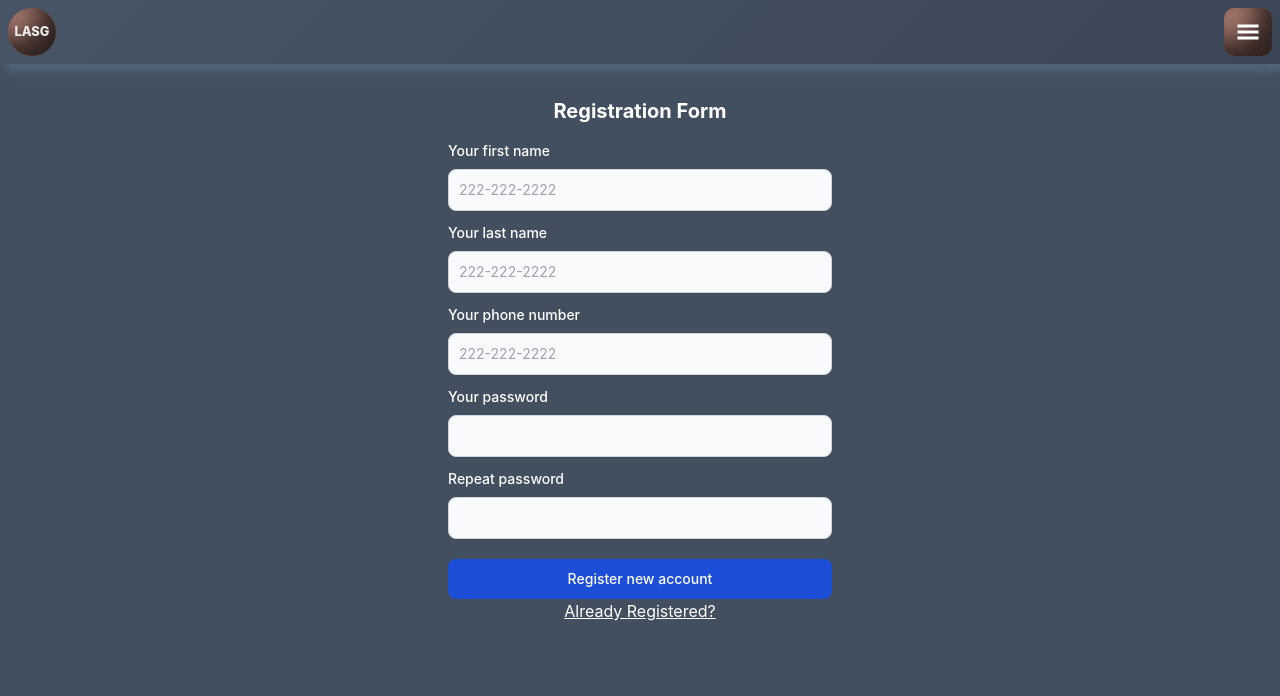
Repository: ShindanoSingi/LA-Swahili-Group
Page: /register (app in client/)
An editor plug-in stored every save of this project. The page is shown before and after a run of saves, followed by the edit.
The browser window is 1280 px wide. The pictures show the whole page.
The project was rebuilt for these pictures with package versions that can differ from the ones it lists, and the page was loaded fresh each time. Also part of the build but not shown: client/src/pages/error/Error.css, client/src/pages/error/Error.js, client/src/pages/home/Home.js, client/src/pages/about/About.js, client/src/pages/contact/Contact.js, client/src/pages/login/Login.js, client/src/pages/userDashBoard/UserDashBoard.js, client/src/pages/superUsersDashBoard/SuperUsersDashBoard.js.

Above is the page before, as saved 2024-02-11 15:18:57.

### client/src/index.js
import React from 'react';
import ReactDOM from 'react-dom/client';
import './index.css';
import App from './App';
import reportWebVitals from './reportWebVitals';
import { Provider } from "react-redux";
import store from './redux/store';
import { BrowserRouter } from 'react-router-dom';


const root = ReactDOM.createRoot(document.getElementById('root'));
root.render(
  <Provider store={store}>
    <BrowserRouter>
    <App />
    </BrowserRouter>
  </Provider>
);

// If you want to start measuring performance in your app, pass a function
// to log results (for example: reportWebVitals(console.log))
// or send to an analytics endpoint. Learn more: https://bit.ly/CRA-vitals
reportWebVitals();

### client/src/index.css
@tailwind base;
@tailwind components;
@tailwind utilities;

:root{
  --primary: #424F5F;
  --secondary: #F3F3F3;
  --tertiary: #F4A261;
  --quaternary: #2A9D8F;
  --quinary: #E9C46A;

}

body {
  margin: 0;
  font-family: -apple-system, BlinkMacSystemFont, 'Segoe UI', 'Roboto', 'Oxygen',
    'Ubuntu', 'Cantarell', 'Fira Sans', 'Droid Sans', 'Helvetica Neue',
    sans-serif;
  -webkit-font-smoothing: antialiased;
  -moz-osx-font-smoothing: grayscale;
}

.container{
  max-height: 100vh;
  background-color: var(--primary);
}

.container {
  display: flex;
  justify-content: center;
  align-items: center;
  height: 100vh;
}

.logo{
  height: 100dvh;
}

### client/src/App.js
import Header from "./components/header/Header";
import Error from "./pages/error/Error";
import Home from "./pages/home/Home";
import { Routes, Route, useNavigate } from "react-router-dom";
import About from "./pages/about/About";
import Contact from "./pages/contact/Contact";
import Login from "./pages/login/Login";
import UserDashBoard from "./pages/userDashBoard/UserDashBoard";
import SuperUsersDashBoard from "./pages/superUsersDashBoard/SuperUsersDashBoard";
import { useEffect } from "react";
import Register from "./pages/register/Register";


function App() {

      const navigate = useNavigate()

      const user = 'superusers';

      useEffect(() => {
            if (user === 'superuser') {
                  navigate('/superuser')
            }
      })

      return (
            <>
                  <Header />
                  <Routes>
                        <Route path="/" element={<Home />} />
                        <Route path="/about" element={<About />} />
                        <Route path="/contact" element={<Contact />} />
                        <Route path="/login" element={<Login />} />
                        <Route path="/register" element={<Register/>} />
                        <Route path="/user" element={<UserDashBoard/>} />
                        <Route path="/superuser" element={<SuperUsersDashBoard/>} />
                        <Route path="/admin" element={<adminDashBoard/>} />
                        <Route
                              path="/:rest*"
                              element={
                                    <h1>
                                          <Error />
                                    </h1>
                              }
                        />
                  </Routes>
            </>
      );
}

export default App;

### client/src/redux/store.js
import { configureStore } from "@reduxjs/toolkit";

import userReducer from "./userSlice";

const store = configureStore({
    reducer: {
        userReducer,
    },
});

export default store;

### client/src/components/header/Header.js
import React, { useState } from "react";
import "./Header.css";
import { GiHamburgerMenu } from "react-icons/gi";
import { Link } from "react-router-dom";

function Header() {
      const [show, setShow] = useState(false);

      return (
            <div className="header fixed top-0 w-full flex items-center justify-between p-2">
                  <div className="w-12 h-12 rounded-full text-[0.8rem] logo-button flex font-extrabold text-[#EBEBEB] justify-center items-center">
                        LASG
                  </div>
                  <div className="hambourger h-12 w-12 flex items-center justify-center">
                        <GiHamburgerMenu
                              className="text-[#FFFFFF] text-2xl"
                              onClick={() => setShow(!show)}
                        />
                  </div>
                  {show && (
                        <ul className="flex flex-col items-center p-2 top-[4.2rem] right-2 menu text-[#FFFFFF] absolute">
                              <Link to="/" onClick={() => setShow(!show)}>
                                    <li className="menu-item">Home</li>
                              </Link>
                              <Link to="/about" onClick={() => setShow(!show)}>
                                    <li className="menu-item">About</li>
                              </Link>
                              <Link
                                    to="/contact"
                                    onClick={() => setShow(!show)}
                              >
                                    <li className="menu-item">Contact</li>
                              </Link>
                              <Link to="/login">
                                    <li className="menu-item">Login</li>
                              </Link>
                        </ul>
                  )}
            </div>
      );
}

export default Header;

### client/src/pages/register/Register.js
import React, { useState } from "react";

function Register() {
    const [showRegisterButton, setShowRegisterButton] = useState(false);

      return (
            <div className="container">
                  <div className="w-[80%]">

                         <h1 className="text-xl font-bold text-center mb-4 text-white dark:text-white">Registration Form</h1>
                  <form className="max-w-sm mx-auto">

                        {
                                !showRegisterButton && (
                                    <div className="mb-3">
                                    <label
                                          for="email"
                                          className="block mb-2 text-sm font-medium text-white dark:text-white"
                                    >
                                          Your first name
                                    </label>
                                    <input
                                          type="name"
                                          id="phone"
                                          className="shadow-sm bg-gray-50 border border-gray-300 text-gray-900 text-sm rounded-lg focus:ring-blue-500 focus:border-blue-500 block w-full p-2.5 dark:bg-gray-700 dark:border-gray-600 dark:placeholder-gray-400 dark:text-white dark:focus:ring-blue-500 dark:focus:border-blue-500 dark:shadow-sm-light"
                                          placeholder="222-222-2222"
                                          required
                                    />
                              </div>
                                )
                              }

{
                                !showRegisterButton && (
                              <div className="mb-3">
                                    <label
                                          for="email"
                                          className="block mb-2 text-sm font-medium text-white dark:text-white"
                                    >
                                          Your last name
                                    </label>
                                    <input
                                          type="name"
                                          id="phone"
                                          className="shadow-sm bg-gray-50 border border-gray-300 text-gray-900 text-sm rounded-lg focus:ring-blue-500 focus:border-blue-500 block w-full p-2.5 dark:bg-gray-700 dark:border-gray-600 dark:placeholder-gray-400 dark:text-white dark:focus:ring-blue-500 dark:focus:border-blue-500 dark:shadow-sm-light"
                                          placeholder="222-222-2222"
                                          required
                                    />
                              </div>
                                )}
                              <div className="mb-3">
                                    <label
                                          for="email"
                                          className="block mb-2 text-sm font-medium text-white dark:text-white"
                                    >
                                          Your phone number
                                    </label>
                                    <input
                                          type="phone"
                                          id="phone"
                                          className="shadow-sm bg-gray-50 border border-gray-300 text-gray-900 text-sm rounded-lg focus:ring-blue-500 focus:border-blue-500 block w-full p-2.5 dark:bg-gray-700 dark:border-gray-600 dark:placeholder-gray-400 dark:text-white dark:focus:ring-blue-500 dark:focus:border-blue-500 dark:shadow-sm-light"
                                          placeholder="222-222-2222"
                                          required
                                    />
                              </div>
                              <div className="mb-3">
                                    <label
                                          for="password"
                                          className="block mb-2 text-sm font-medium text-white dark:text-white"
                                    >
                                          Your password
                                    </label>
                                    <input
                                          type="password"
                                          id="password"
                                          className="shadow-sm bg-gray-50 border border-gray-300 text-gray-900 text-sm rounded-lg focus:ring-blue-500 focus:border-blue-500 block w-full p-2.5 dark:bg-gray-700 dark:border-gray-600 dark:placeholder-gray-400 dark:text-white dark:focus:ring-blue-500 dark:focus:border-blue-500 dark:shadow-sm-light"
                                          required
                                    />
                              </div>
                              {
                                !showRegisterButton && (
                                    <div className="mb-3">
                                    <label
                                          for="repeat-password"
                                          className="block mb-2 text-sm font-medium text-white dark:text-white"
                                    >
                                          Repeat password
                                    </label>
                                    <input
                                          type="password"
                                          id="repeat-password"
                                          className="shadow-sm bg-gray-50 border border-gray-300 text-gray-900 text-sm rounded-lg focus:ring-blue-500 focus:border-blue-500 block w-full p-2.5 dark:bg-gray-700 dark:border-gray-600 dark:placeholder-gray-400 dark:text-white dark:focus:ring-blue-500 dark:focus:border-blue-500 dark:shadow-sm-light"
                                          required
                                    />
                              </div>
                                )
                              }

                              {
                                showRegisterButton && (
                                    <div>
                                    <button
                                          type="submit"
                                          className="text-white mt-2 w-full bg-blue-700 hover:bg-blue-800 focus:ring-4 focus:outline-none focus:ring-blue-300 font-medium rounded-lg text-sm px-5 py-2.5 text-center dark:bg-blue-600 dark:hover:bg-blue-700 dark:focus:ring-blue-800"
                                    >
                                          Register
                                    </button>
                                    <p className="text-white text-center underline" onClick={()=>{
                                        setShowRegisterButton(false);
                                    }}>Not registered yet?</p>
                              </div>
                                )
                              }

                              {
                                !showRegisterButton && (
                                    <div>
                                    <button
                                          type="submit"
                                          className="text-white mt-2 w-full bg-blue-700 hover:bg-blue-800 focus:ring-4 focus:outline-none focus:ring-blue-300 font-medium rounded-lg text-sm px-5 py-2.5 text-center dark:bg-blue-600 dark:hover:bg-blue-700 dark:focus:ring-blue-800"
                                    >
                                          Register new account
                                    </button>
                                    <p className="text-white text-center underline" onClick={()=>{
                                        setShowRegisterButton(true);
                                    }}>Already Registered?</p>
                              </div>
                                )
                              }
                        </form>
                  </div>
            </div>
      );
}

export default Register;

### client/src/redux/userSlice.js
import {createSlice} from '@reduxjs/toolkit';

const userSlice = createSlice({
    name: 'user',
    initialState: {
        user: null,
    },
    reducers: {
        setUser: (state, action) => {
            state.user = action.payload;
        },
    },
});

export const {setUser} = userSlice.actions;
export default userSlice.reducer;

### client/src/components/header/Header.css
.header {
    border-radius: 0px;
background: linear-gradient(315deg, #3b4756, #475566);
box-shadow:  -5px -5px 10px #262e37,
             5px 5px 10px #5e7087;
}

.logo-button {
    border-radius: 50%;
    background: #6E5049;
    box-shadow: inset -14px -14px 27px #2d211e, inset 14px 14px 27px #af7f74;
}

.hambourger {
    border-radius: 10px;
    background: #6E5049;
    box-shadow: inset -14px -14px 27px #2d211e, inset 14px 14px 27px #af7f74;
}

.menu {
    border-radius: 9px;
    background: #3E5F75;
    box-shadow: inset -5px -5px 10px #38556c, inset 5px 5px 10px #5885a8;
    padding: 0.5rem;
}

.menu-item{
    border-radius: 7px;
background: #486D8A;
box-shadow: inset -15px -15px 13px #2a3f50,
            inset 15px 15px 13px #669bc4;
            width: 5rem;
            text-align: center;
            margin: 0.2rem;
            padding: 0.2rem 0.5rem;
}

Loaded but not shown: client/public/index.html (common file); client/src/reportWebVitals.js (common file); client/tailwind.config.js (common file)

After the next 2 saves:
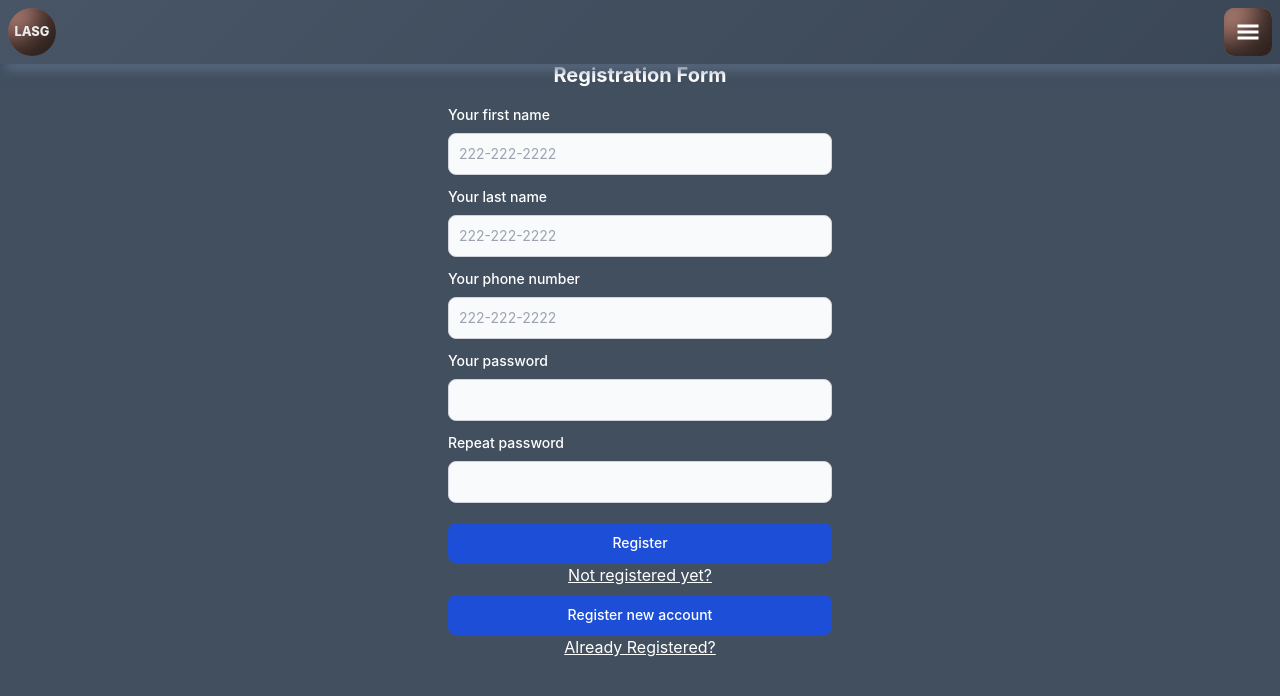
The 2 saves are shown as one change because they came seconds apart.
The last was saved 86 s later.
--- a/client/src/pages/register/Register.js
+++ b/client/src/pages/register/Register.js
@@ -1,7 +1,6 @@
 import React, { useState } from "react";
 
 function Register() {
-    const [showRegisterButton, setShowRegisterButton] = useState(false);
 
       return (
             <div className="container">
@@ -10,8 +9,6 @@
                          <h1 className="text-xl font-bold text-center mb-4 text-white dark:text-white">Registration Form</h1>
                   <form className="max-w-sm mx-auto">
 
-                        {
-                                !showRegisterButton && (
                                     <div className="mb-3">
                                     <label
                                           for="email"
@@ -27,11 +24,6 @@
                                           required
                                     />
                               </div>
-                                )
-                              }
-
-{
-                                !showRegisterButton && (
                               <div className="mb-3">
                                     <label
                                           for="email"
@@ -47,7 +39,6 @@
                                           required
                                     />
                               </div>
-                                )}
                               <div className="mb-3">
                                     <label
                                           for="email"
@@ -77,8 +68,7 @@
                                           required
                                     />
                               </div>
-                              {
-                                !showRegisterButton && (
+
                                     <div className="mb-3">
                                     <label
                                           for="repeat-password"
@@ -93,11 +83,6 @@
                                           required
                                     />
                               </div>
-                                )
-                              }
-
-                              {
-                                showRegisterButton && (
                                     <div>
                                     <button
                                           type="submit"
@@ -109,11 +94,6 @@
                                         setShowRegisterButton(false);
                                     }}>Not registered yet?</p>
                               </div>
-                                )
-                              }
-
-                              {
-                                !showRegisterButton && (
                                     <div>
                                     <button
                                           type="submit"
@@ -125,8 +105,6 @@
                                         setShowRegisterButton(true);
                                     }}>Already Registered?</p>
                               </div>
-                                )
-                              }
                         </form>
                   </div>
             </div>

After the 5 saves that followed:
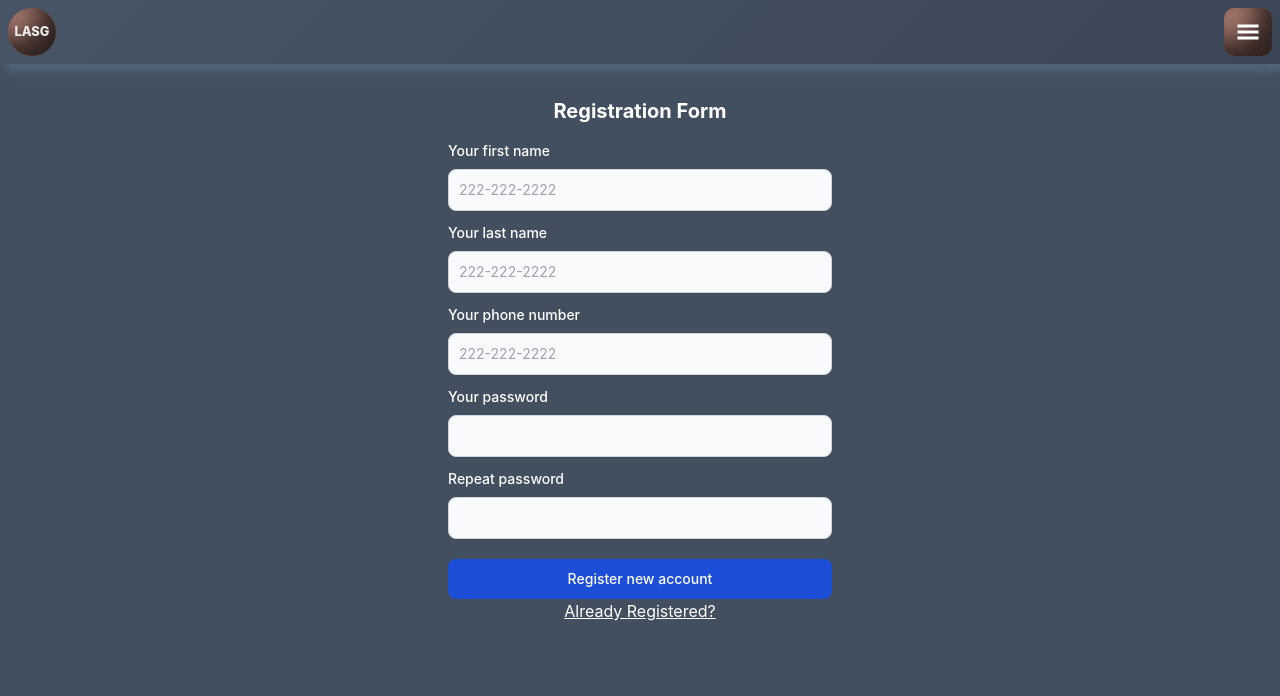
The 5 saves are shown as one change because 1 did not build or start and 3 left the picture as it was.
The last was saved 104 s later.
--- a/client/src/pages/register/Register.js
+++ b/client/src/pages/register/Register.js
@@ -1,15 +1,14 @@
 import React, { useState } from "react";
 
 function Register() {
-
       return (
             <div className="container">
                   <div className="w-[80%]">
-
-                         <h1 className="text-xl font-bold text-center mb-4 text-white dark:text-white">Registration Form</h1>
-                  <form className="max-w-sm mx-auto">
-
-                                    <div className="mb-3">
+                        <h1 className="text-xl font-bold text-center mb-4 text-white dark:text-white">
+                              Registration Form
+                        </h1>
+                        <form className="max-w-sm mx-auto">
+                              <div className="mb-3">
                                     <label
                                           for="email"
                                           className="block mb-2 text-sm font-medium text-white dark:text-white"
@@ -69,7 +68,7 @@
                                     />
                               </div>
 
-                                    <div className="mb-3">
+                              <div className="mb-3">
                                     <label
                                           for="repeat-password"
                                           className="block mb-2 text-sm font-medium text-white dark:text-white"
@@ -83,27 +82,16 @@
                                           required
                                     />
                               </div>
-                                    <div>
-                                    <button
-                                          type="submit"
-                                          className="text-white mt-2 w-full bg-blue-700 hover:bg-blue-800 focus:ring-4 focus:outline-none focus:ring-blue-300 font-medium rounded-lg text-sm px-5 py-2.5 text-center dark:bg-blue-600 dark:hover:bg-blue-700 dark:focus:ring-blue-800"
-                                    >
-                                          Register
-                                    </button>
-                                    <p className="text-white text-center underline" onClick={()=>{
-                                        setShowRegisterButton(false);
-                                    }}>Not registered yet?</p>
-                              </div>
-                                    <div>
+                              <div>
                                     <button
                                           type="submit"
                                           className="text-white mt-2 w-full bg-blue-700 hover:bg-blue-800 focus:ring-4 focus:outline-none focus:ring-blue-300 font-medium rounded-lg text-sm px-5 py-2.5 text-center dark:bg-blue-600 dark:hover:bg-blue-700 dark:focus:ring-blue-800"
                                     >
                                           Register new account
                                     </button>
-                                    <p className="text-white text-center underline" onClick={()=>{
-                                        setShowRegisterButton(true);
-                                    }}>Already Registered?</p>
+                                    <p className="text-white text-center underline">
+                                          Already Registered?
+                                    </p>
                               </div>
                         </form>
                   </div>
